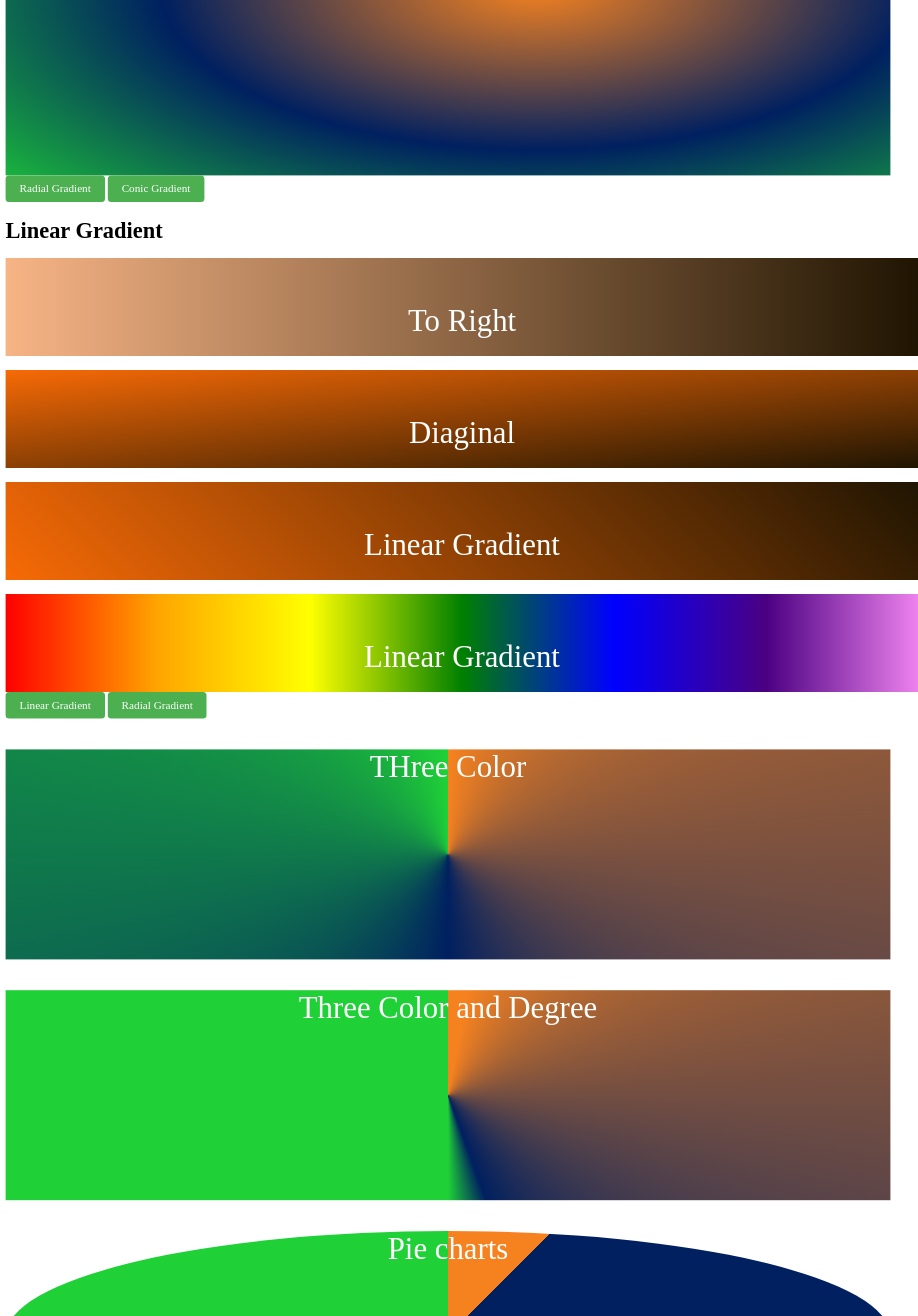
Repository: Pema-yangki/Css
Page: color.html
An editor plug-in stored every save of this project. The page is shown before and after a run of saves, followed by the edit.
The browser window is 1280 px wide. The page is 1312 px wide, so the pictures cover 1312 px, including what lies to the right of the window. The pictures show the part of the page from y = 4362 to 6242 px (the page is 7116 px tall before and 7134 px after), at 70% of full size.

Above is the page before, as saved 2024-03-27 10:35:12.

### color.html
<!DOCTYPE html>
<html lang="en">
<head>
    <meta charset="UTF-8">
    <meta name="viewport" content="width=device-width, initial-scale=1.0">
    <title>Document</title>
    <style>
        div{
    margin-top: 20px;
    color: white;
    text-align: center;
    font-size: 44px;
}

.linear {
    background-image: linear-gradient(to right, #f7b485, #201502);
    width: 100%;
    height: 100px;
    padding: 20px;
}
.linearleft{
    background-image: linear-gradient(to bottom right, #f76a06, #201502);
    width: 100%;
    height: 100px;
    padding: 20px;
}
.angles {
    background-image: linear-gradient(45deg, #f76a06, #201502);
    width: 100%;
    height: 100px;
    padding: 20px;
}
.multi {
    background-image: linear-gradient(to right, red, orange, yellow, green, blue, indigo, violet);
    width: 100%;
    height: 100px;
    padding: 20px;
}
.styled-link {
    display: inline-block;
    padding: 10px 20px;
    background-color: #4CAF50;
    color: white;
    text-decoration: none;
    border-radius: 5px;
    transition: background-color 0.3s ease;
}

/* Hover effect */
.styled-link:hover {
    background-color: #45a049;
}

/* .linear{
    background-image: linear-gradient(to right, #ff7e5f, #feb47b);

    /* Set some additional styles for demonstration */
    /* width: 100%;
    height: 200px;
    border-radius: 10px;
    padding: 20px;
    color: white;
    text-align: center;
    font-size: 24px;
    font-family: Arial, sans-serif;
} */

.evenlyspaced {
    background-image:radial-gradient(#f6821f,#002060,#1fd137);
    height: 600px;
}
.differentlyspaced {
    background-image: radial-gradient(#f6821f
5%,#002060 15%,#1fd137 60%);
height: 600px;

}

.normal{
    background-image:
radial-gradient(at 60%
55%,#f6821f,#002060,#1fd137);
height: 600px;
}
.closest{
    background-image:
radial-gradient(closest-side at 60%
55%,#f6821f,#002060,#1fd137);
height: 600px;
}

.farther {
    background-image:
radial-gradient(farthest-side at 60%
55%,#f6821f,#002060,#1fd137);
height: 600px;
}
.closestcorner{
    background-image:
radial-gradient(closest-corner at 60%
55%,#f6821f,#002060,#1fd137);
height: 600px;
}

.Farthercorner{
    background-image:
radial-gradient(farthest-corner at 60%
55%,#f6821f,#002060,#1fd137);
height: 600px;
}

.threecolors{
    background-image:conic-gradient(#f6821f,#002060,#1fd137);
    height: 300px;}

.threecolorswithdegree{
    background-image: conic-gradient(#f6821f
10deg,#002060 160deg,#1fd137 180deg);
height: 300px;}

.piechart{
    background-image: conic-gradient(#f6821f
0deg,#f6821f 45deg,#002060 45deg,#002060
200deg,#1fd137 200deg);
border-radius: 50%;
height: 300px;
}

.withangle{
    background-image: conic-gradient(from 90deg,
#f6821f ,#002060,#1fd137);
height: 300px;
}

.center{
    background-image: conic-gradient(at 20% 25%,
#f6821f ,#002060,#1fd137);
height: 300px;
}
    </style>
</head>
<body>
    <a href="index.html" class="styled-link">Linear Gradient</a>
    <a href="conic.html" class="styled-link">Conic Gradient</a>
    <h1>Radial Gradient</h1>
    <div class="evenlyspaced">
        <p>Evenly spaced</p>
    </div>
    <div class="differentlyspaced">
        <p>Differently spaced</p>
    </div>
    <div class="normal">
        <p>normal-side</p>
    </div>
     <div class="closest">
        <p>Closest-side</p>
    </div>
    <div class="farther">
        <p>farther-side</p>
    </div>

    <div class="closestcorner">
        <p>close corner</p>
    </div>
    <div class="Farthercorner">
        <p>far corner</p>
    </div>
    <a href="radianr.html" class="styled-link">Radial Gradient</a>
    <a href="conic.html" class="styled-link">Conic Gradient</a>
    <h1>Linear Gradient</h1>
    <div class="linear">
        <p>To Right</p>
    </div>
    <div class="linearleft">
        <p>Diaginal</p>
    </div>
     <div class="angles">
        <p>Linear Gradient</p>
    </div>
    <div class="multi">
        <p>Linear Gradient</p>
    </div>

    <a href="index.html" class="styled-link">Linear Gradient</a>
    <a href="radianr.html" class="styled-link">Radial Gradient</a>
    <div class="threecolors">
        <p>THree Color</p>
    </div>
    <div class="threecolorswithdegree">
        <p>Three Color and Degree</p>
    </div>
    <div class="piechart">
        <p>Pie charts</p>
    </div>
    <div class="withangle">
        <p>Specified from angle</p>
    </div>
    <div class="center">
        <p>Specified from center</p>
    </div>

</body>
</html>

After the next 2 saves:
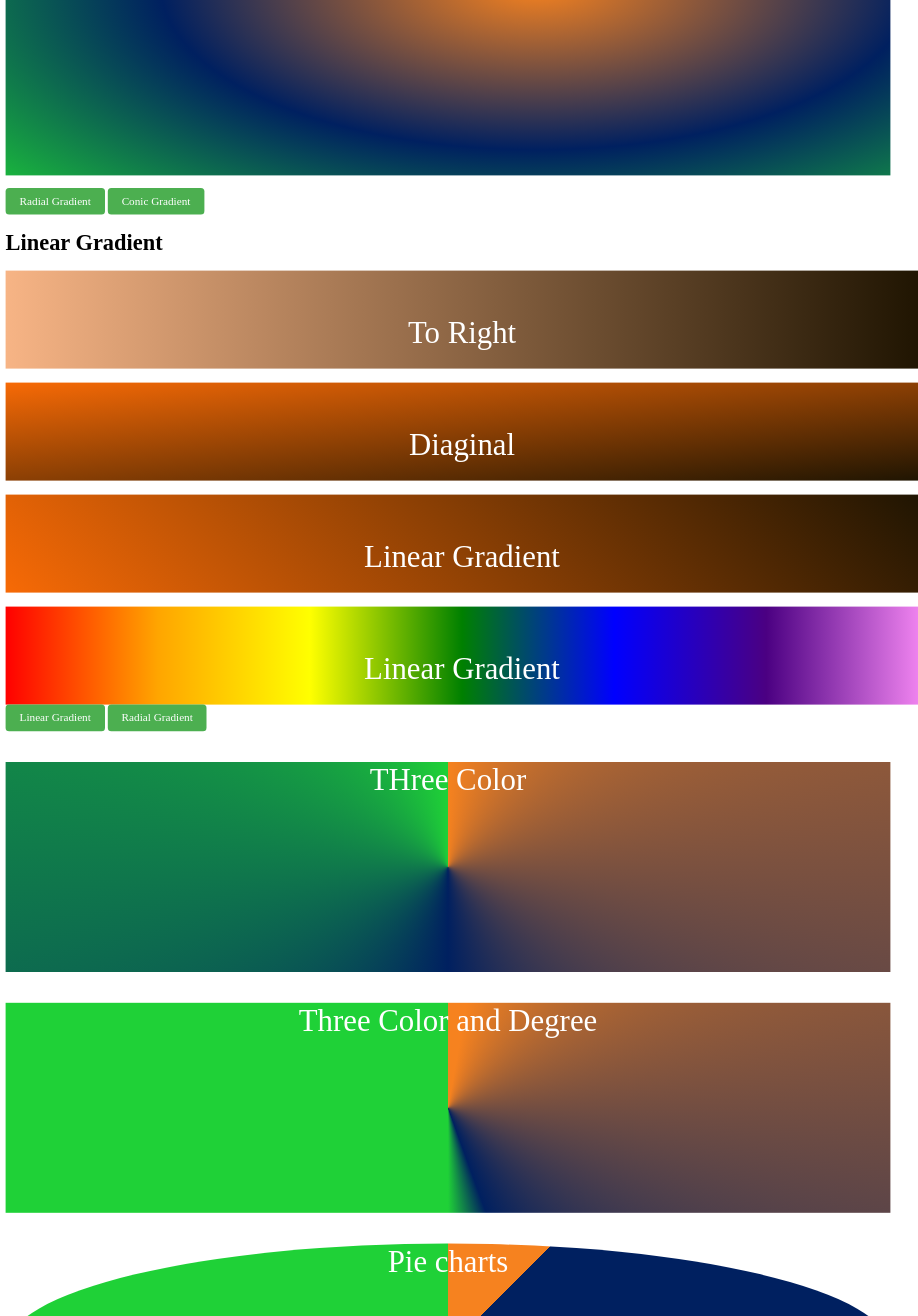
The 2 saves are shown as one change because they came seconds apart.
The last was saved 51 s later.
--- a/color.html
+++ b/color.html
@@ -164,7 +164,7 @@ height: 300px;
     </div>
     <div class="Farthercorner">
         <p>far corner</p>
-    </div>
+    </div> <br>
     <a href="radianr.html" class="styled-link">Radial Gradient</a>
     <a href="conic.html" class="styled-link">Conic Gradient</a>
     <h1>Linear Gradient</h1>
